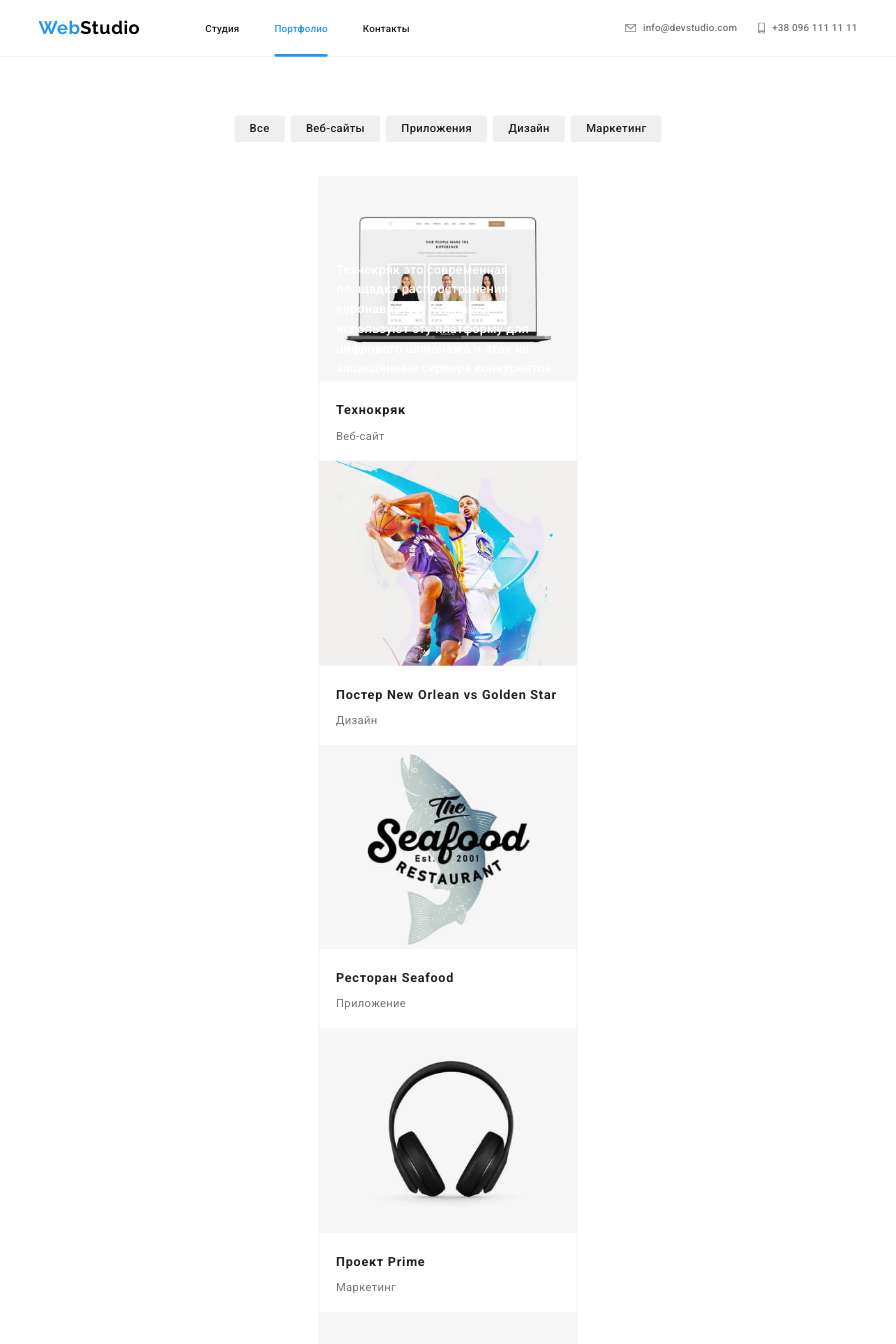
Repository: UliyaKucherernko/home-work-8
Page: porfolio.html
These files come from the project's save history. The page is drawn as it stood at one moment and after the next save; the edit follows.
The browser window is 1280 px wide. The pictures show the part of the page from y = 0 to 1920 px (the page is 4244 px tall), at 70% of full size.

Above is the page before, as saved 2021-04-14 00:00:56.

### porfolio.html
<!DOCTYPE html>
<html lang="en">
<head>
    <!-- Служебная информация -->
    <meta charset="UTF-8">
    <meta http-equiv="X-UA-Compatible" content="IE=edge">
    <meta name="viewport" content="width=device-width, initial-scale=1.0">
    <title>homework5</title>
    <link rel="preconnect" href="https://fonts.gstatic.com">
    <link href="https://fonts.googleapis.com/css2?family=Raleway:wght@700&family=Roboto:wght@400;500;700;900&display=swap" rel="stylesheet">
    <link rel="stylesheet" href="./css/styles.css">
</head>
<body>

   <header class="header">
      <div class="container">
         <!-- Шапка -->
         <nav class="navigation">
            <a class="link logo-header" href="index.html">
               <span class="web">Web</span><span class="studio">Studio</span></a>
            <ul class="list menu">
               <li class="menu-item">
                  <a href="./index.html" class="link link-title menu-link">Студия</a>
               </li>
               <li class="menu-item">
                  <a href="./porfolio.html" class="link link-title menu-link current">Портфолио</a>
               </li>
               <li class="menu-item">
                  <a class="link link-title menu-link" href="">Контакты</a>
               </li>
            </ul>
         </nav>
         <ul class="list header-adress">
            <li class="contact-item">
               <a class="link contact-links menu-adress" href="mailto:info@devstudio.com">
                  <svg class="icon-header" width="16" height="12">
                     <use href="./images/icons-sprite.svg#icon-mail"></use>
                  </svg>
                  info@devstudio.com
               </a>
            </li>
            <li class="contact-item">
               <a class="link contact-links menu-adress" href="tel:+380961111111">
                  <svg class="icon-header" width="10" height="16">
                     <use href="./images/icons-sprite.svg#icon-phone"></use>
                  </svg>
                  +38 096 111 11 11
               </a>
            </li>
         </ul>
      </div>
   </header>

     <!--что входит в портфолио-->
    <main>
      <section class="gallery">
         <div class="container">
          <ul class="list gallery-btns">
              <li><button class="button-filtr" type="button">Все</button></li>
              <li><button class="button-filtr" type="button">Веб-сайты</button></li>
              <li><button class="button-filtr" type="button">Приложения</button></li>
              <li><button class="button-filtr" type="button">Дизайн</button></li>
              <li><button class="button-filtr" type="button">Маркетинг</button></li>
          </ul>

          <ul class="list grid gallery-list">
        <article class="gallery-card">
            <div class="gallery-thumb">
               <div class="gallery-overlay">
                  <p class="gallery-text-overlay">Технокряк это современная площадка распространения коронавируса.
                     Компании используют эту платформу для цифрового
                  шпионажа и атак на защищённые сервера конкурентов.</p>
               </div>
                <img src="./images/1-monitor.jpg" alt="на мониторе 3 фотокарточки людей" width="368">
                <div class="gallery-names">
                       <h3 class="filtrs">Технокряк</h3>
                       <p class="main-filtrs">Веб-сайт</p>
                </div>
               </div>


                  <img src="./images/2-nba.jpg" alt="2 прня играют в баскетбол" width="368">
                <div class="gallery-names">
                  <h3 class="filtrs">Постер New Orlean vs Golden Star</h3>
                  <p class="main-filtrs">Дизайн</p>

                  </div>

                <img src="./images/3-seafood.jpg" alt="рыбный ресторан" width="368">
                <div class="gallery-names">
                  <h3 class="filtrs">Ресторан Seafood</h3>
                  <p class="main-filtrs">Приложение</p>
                </div>

                  <img src="./images/4-prime.jpg" alt="наушники" width="368">
                     <div class="gallery-names">
                        <h3 class="filtrs">Проект Prime</h3>
                        <p class="main-filtrs">Маркетинг</p>
                     </div>

                  <img src="./images/5-boxes.jpg" alt="2 коробки разного размера" width="368">
                     <div class="gallery-names">
                        <h3 class="filtrs">Проект Boxes</h3>
                        <p class="main-filtrs">Приложение</p>
                     </div>

                  <img src="./images/6-borders.jpg" alt="монитор борд с картой мира" width="368">
                     <div class="gallery-names">
                        <h3 class="filtrs">Inspiration has no Borders</h3>
                        <p class="main-filtrs">Веб-сайт</p>
                     </div>

                  <img src="./images/7-magazine.jpg" alt="журнал" width="368">
                     <div class="gallery-names">
                        <h3 class="filtrs">Издание Limited Edition</h3>
                        <p class="main-filtrs">Дизайн</p>
                     </div>

                  <img src="./images/8-labels.jpg" alt="белая этикетка бирка" width="368">
                     <div class="gallery-names">
                        <h3 class="filtrs">Проект LAB</h3>
                        <p class="main-filtrs">Маркетинг</p>
                     </div>

                  <img src="./images/9-nout.jpg" alt="печатают на ноуте" width="368">
                     <div class="gallery-names">
                        <h3 class="filtrs">Growing Business</h3>
                        <p class="main-filtrs">Приложение</p>
                     </div>
                  </article>
                  </ul>
           </div>
     </section>
    </main>

   <!--подвал-->
   <footer class="footer-dark-bg">
      <div class="container">
         <div class="grid">
            <div class="grid-item-3">
               <a class="link footer-logo" href="index.html">
                  <span class="web">Web</span><span class="studio-footer">Studio</span></a>
               <address>
                  <ul class="footer-list">
                     <li><a href="" class="link footer-adress">г. Киев, пр-т Леси Украинки, 26</a></li>
                     <li><a href="mailto:info@example.com" class="link footer-social">info@example.com</a></li>
                     <li><a href="+380991111111" class="link footer-social">+38 099 111 11 11</a></li>
                  </ul>
               </address>
            </div>

            <div class="grid-item-3">
               <div class="card-footer">
                  <p class="f-sleng">присоединяйтесь</p>
               </div>
               <ul class="d-inline-flex">
                  <li class="social-icon-item">
                     <a href="" class="social-icon-link foo-icon">
                        <svg>
                           <use href="./images/icons-sprite.svg#icon-instagram"></use>
                        </svg>
                     </a>
                  </li>
                  <li class="social-icon-item">
                     <a href="" class="social-icon-link foo-icon">
                        <svg>
                           <use href="./images/icons-sprite.svg#icon-twitter"></use>
                        </svg>
                     </a>
                  </li>
                  <li class="social-icon-item">
                     <a href="" class="social-icon-link foo-icon">
                        <svg>
                           <use href="./images/icons-sprite.svg#icon-facebook"></use>
                        </svg>
                     </a>
                  </li>
                  <li class="social-icon-item">
                     <a href="" class="social-icon-link foo-icon">
                        <svg>
                           <use href="./images/icons-sprite.svg#icon-linkedin"></use>
                        </svg>
                     </a>
                  </li>
               </ul>
            </div>

         </div>
         <!-- <div class="card-footer-news">
                       <p class="news-title">подпишитесь на рассылку</p>
                     </div> -->
      </div>
   </footer>
   </body>

   </html>

Loaded but not shown: css/styles.css (842 lines, source omitted)

After the next save:
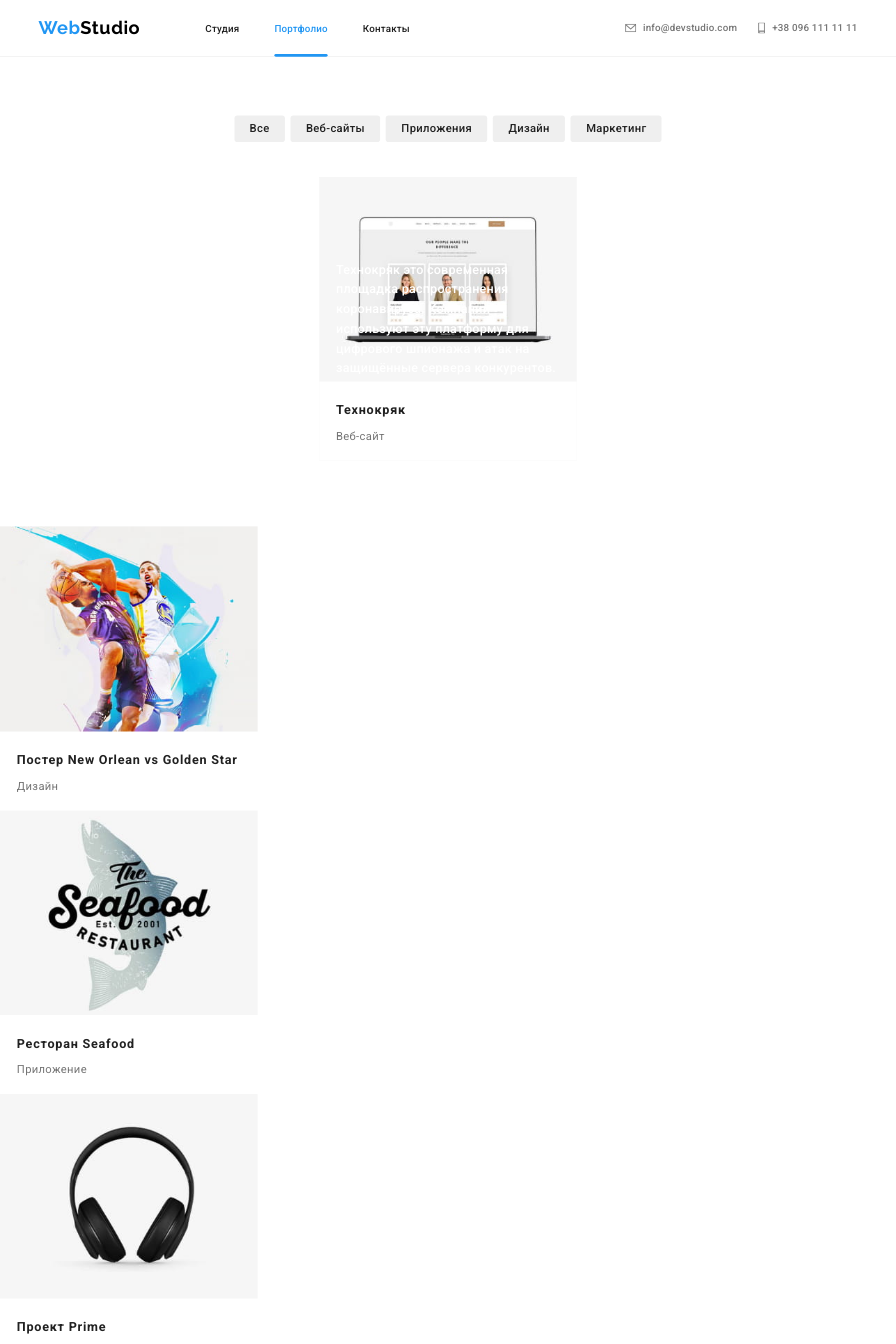
Saved 8 min 18 s later.
--- a/porfolio.html
+++ b/porfolio.html
@@ -64,17 +64,18 @@
           </ul>
 
           <ul class="list grid gallery-list">
-        <article class="gallery-card">
+
             <div class="gallery-thumb">
                <div class="gallery-overlay">
                   <p class="gallery-text-overlay">Технокряк это современная площадка распространения коронавируса.
                      Компании используют эту платформу для цифрового
                   шпионажа и атак на защищённые сервера конкурентов.</p>
                </div>
-                <img src="./images/1-monitor.jpg" alt="на мониторе 3 фотокарточки людей" width="368">
+                <li class="gallery-card"><img src="./images/1-monitor.jpg" alt="на мониторе 3 фотокарточки людей" width="368">
                 <div class="gallery-names">
                        <h3 class="filtrs">Технокряк</h3>
                        <p class="main-filtrs">Веб-сайт</p>
+                     </li>
                 </div>
                </div>
 
@@ -127,7 +128,7 @@
                         <h3 class="filtrs">Growing Business</h3>
                         <p class="main-filtrs">Приложение</p>
                      </div>
-                  </article>
+
                   </ul>
            </div>
      </section>
